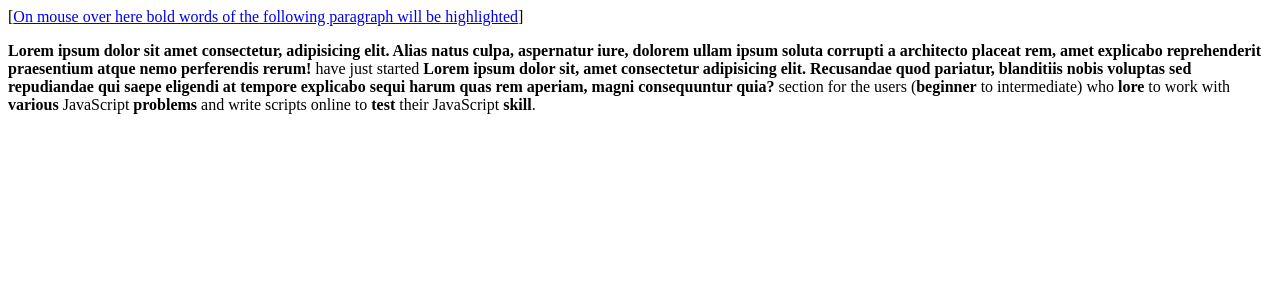
Repository: HoangDuy315/web-dev2022
Page: hw151022/ex2/ex2.5/index.html
These files come from the project's save history. The page is drawn as it stood at one moment and after the next save; the edit follows.
The browser window is 1280 px wide. The pictures show the whole page.

Above is the page before, as saved 2022-10-15 15:27:11.

After the next save:
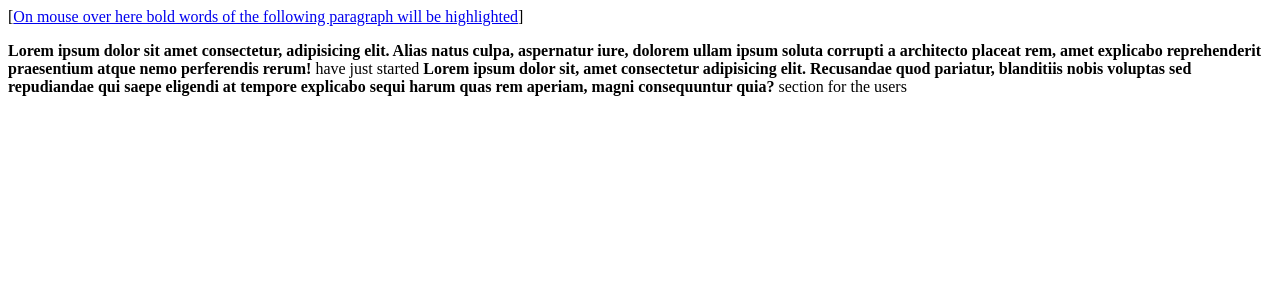
Saved 13 s later.
--- a/hw151022/ex2/ex2.5/index.html
+++ b/hw151022/ex2/ex2.5/index.html
@@ -26,11 +26,9 @@
         eligendi at tempore explicabo sequi harum quas rem aperiam, magni
         consequuntur quia?</strong
       >
-      section for the users (<strong>beginner</strong> to intermediate) who
-      <strong>lore</strong> to work with <strong>various</strong> JavaScript
-      <strong>problems</strong> and write scripts online to
-      <strong>test</strong> their JavaScript <strong>skill</strong>.
+      section for the users
     </p>
   </body>
+
   <script src="./index.js"></script>
 </html>
